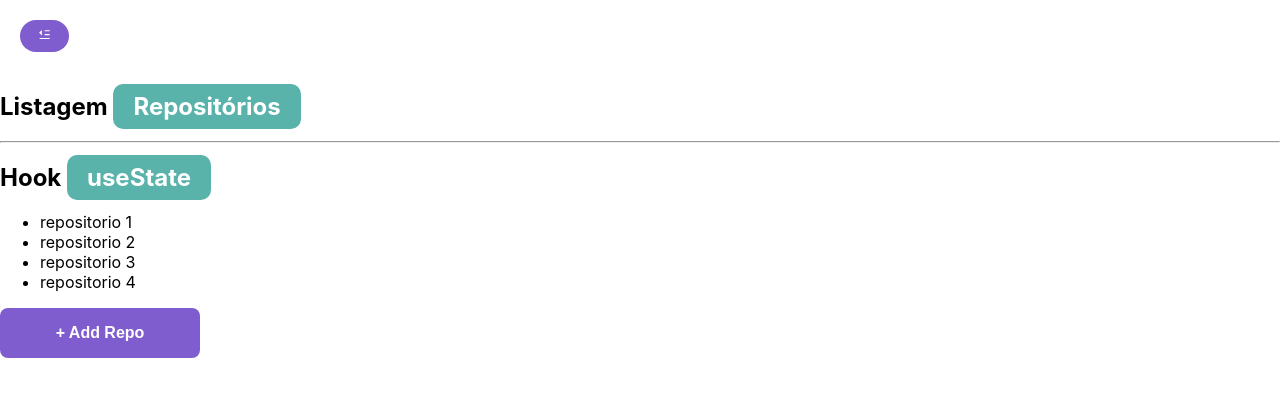
Repository: thiagolucio/react-hooks-use
Page: /
An editor plug-in stored every save of this project. The page is shown before and after the next save, followed by the edit.
The browser window is 1280 px wide. The pictures show the whole page.
The page's requests for data from a server got no answer. The project was rebuilt for these pictures with package versions that can differ from the ones it lists, and the page was loaded fresh each time. No one was signed in, and anything a server would have sent is missing.

Above is the page before, as saved 2022-03-09 21:56:36.

After the next save:
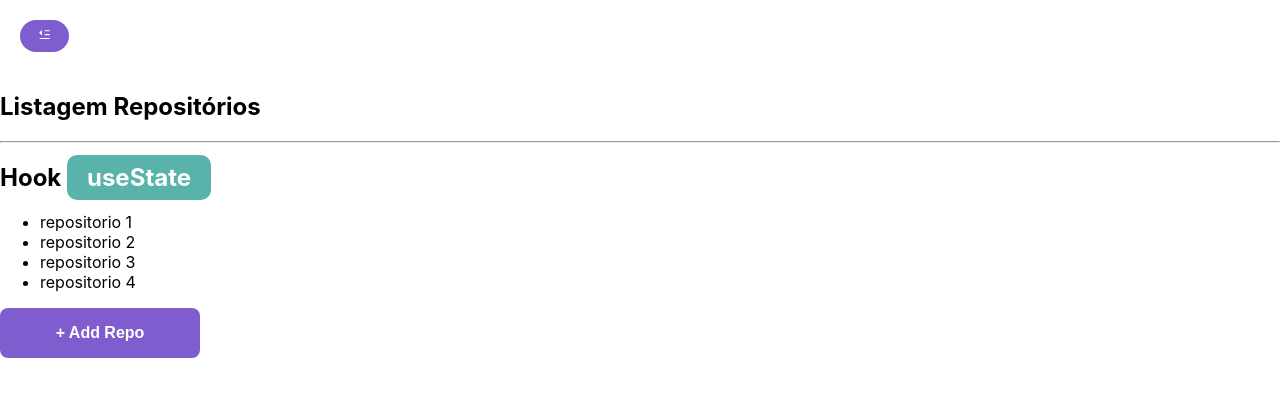
Saved 10 s later.
--- a/src/Components/UseEffectExample.js
+++ b/src/Components/UseEffectExample.js
@@ -44,7 +44,7 @@
   return (
     <>
       <h2>
-        Listagem <span className="badge-title">Repositórios</span>
+        Listagem <span>Repositórios</span>
       </h2>
       <ul>
         {repositories.map((repo) => (

After the save that followed:
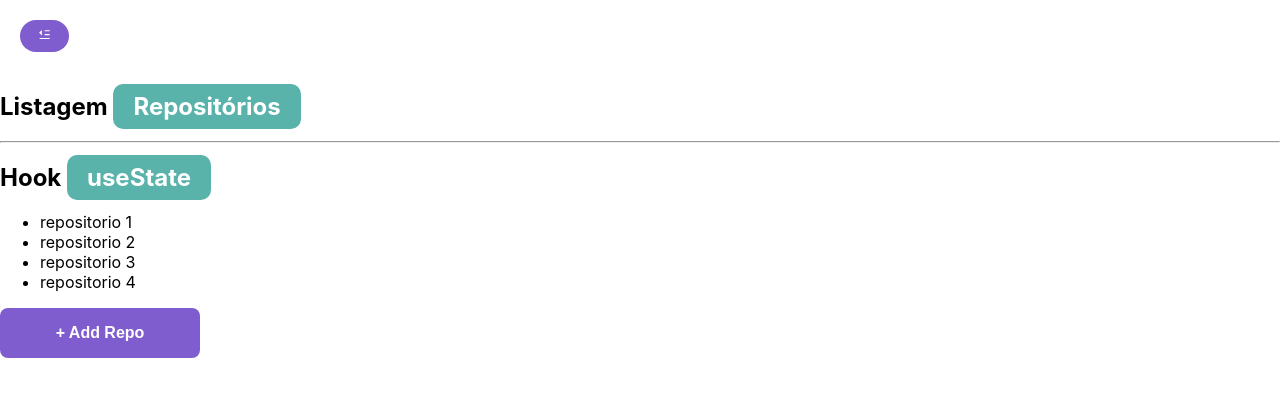
Saved 8 s later.
--- a/src/Components/UseEffectExample.js
+++ b/src/Components/UseEffectExample.js
@@ -44,7 +44,7 @@
   return (
     <>
       <h2>
-        Listagem <span>Repositórios</span>
+        Listagem <span className="badge-title">Repositórios</span>
       </h2>
       <ul>
         {repositories.map((repo) => (
